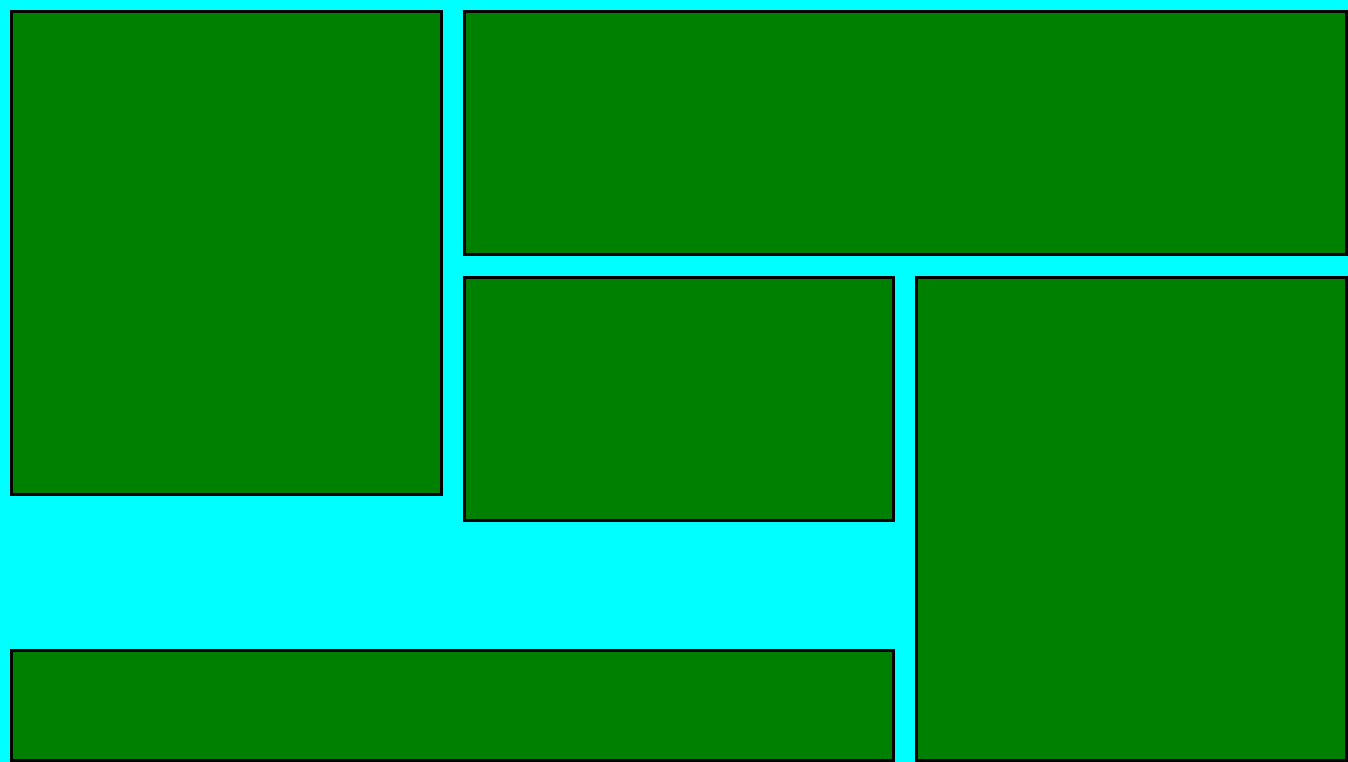
Repository: tianjiewang2022/tianjiewang2022.github.io
Page: index.html
The author's editor kept a copy of each file at every save. The page is drawn from the files as they stood at one save, then again after the next save.
The browser window is 1280 px wide. The page is 1348 px wide, then 1280 px, so the pictures cover 1348 px, including what lies to the right of the window. The pictures show the whole page.

Above is the page before, as saved 2023-10-03 19:26:30.

### index.html
<!DOCTYPE html>
<html lang="en">

    <head>
        <meta charset="UTF-8">
        <meta name="viewport" content="width=device-width, initial-scale=1.0">
        <title>Sally's Webpage</title>
        <style>
            body {
                margin: 0;
                padding: 0;
                display: grid;
                /* grid-template-rows: repeat(3, 1fr);
                grid-template-columns: repeat(3, 1fr); */
                height: 100vh;
                background-color: aqua;
            }

            header {
                background-color: green;
                color: rgb(0, 0, 0);
                grid-column: 2 / span 2;
                grid-row: 1 / span 1;
                display: flex;
                justify-content: center;
                align-items: center;
                font-size: 40px;
                z-index: 100;
                height: calc(100vh / 3);
                /* Set the height of the header */

                border: 3px solid black;
                margin: 10px;
            }

            .left_bar {
                background-color: green;
                grid-row: 1 / span 2;
                grid-column: 1 / span 1;
                height: calc(2 * (100vh / 3));
                /* Set the height of the left bar */
                width: calc(1 * (100vw / 3));
                /* Set the width of the left bar */
                /* Position the left bar at the left side */
                border: 3px solid black;
                margin: 10px;
            }

            .main_area {
                background-color: green;
                grid-row: 2 / span 1;
                grid-column: 2 / span 1;
                display: flex;
                grid-template-columns: 1fr;
                flex-wrap: wrap;
                justify-content: center;
                position: relative;
                height: calc(1 * (100vh / 3));
                width: calc(1 * (100vw / 3));
                align-items: center;
                border: 3px solid black;
                margin: 10px;
            }

            .right_bar {
                background-color: green;
                grid-row: 2 / span 2;
                grid-column: 3 / span 1;
                height: calc(2 * (100vh / 3));
                /* Set the height of the left bar */
                width: calc(1 * (100vw / 3));
                /* Set the width of the left bar */
                /* Position the left bar at the left side */
                border: 3px solid black;
                margin: 10px;
            }

            footer {
                background-color: green;
                grid-column: 1 / span 2;
                grid-row: 3 / span 1;
                /* Place the footer in the last row */
                display: flex;
                justify-content: center;
                align-items: center;
                z-index: 100;
                /* Set the height of the footer */
                border: 3px solid black;
                margin: 10px;
            }
        </style>
    </head>

    <body>
        <header></header>
        <!-- Your content goes here -->
        <span class="left_bar"></span>
        <span class="main_area"> <!-- Centered box -->
        </span>
        <span class="right_bar"></span>

        <footer></footer>
    </body>

</html>

After the next save:
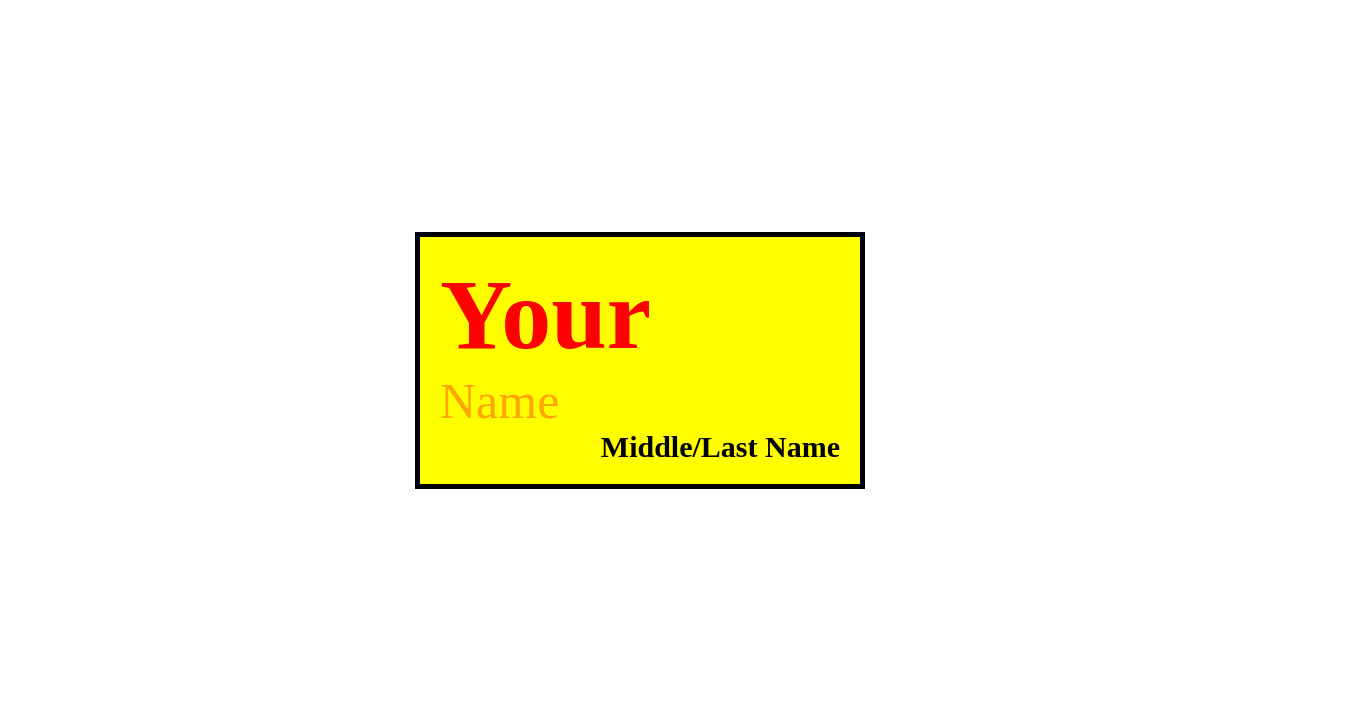
Saved 14 s later.
--- a/index.html
+++ b/index.html
@@ -4,102 +4,55 @@
     <head>
         <meta charset="UTF-8">
         <meta name="viewport" content="width=device-width, initial-scale=1.0">
-        <title>Sally's Webpage</title>
+        <title>Name Card</title>
         <style>
             body {
-                margin: 0;
-                padding: 0;
-                display: grid;
-                /* grid-template-rows: repeat(3, 1fr);
-                grid-template-columns: repeat(3, 1fr); */
-                height: 100vh;
-                background-color: aqua;
-            }
-
-            header {
-                background-color: green;
-                color: rgb(0, 0, 0);
-                grid-column: 2 / span 2;
-                grid-row: 1 / span 1;
                 display: flex;
                 justify-content: center;
                 align-items: center;
-                font-size: 40px;
-                z-index: 100;
-                height: calc(100vh / 3);
-                /* Set the height of the header */
-
-                border: 3px solid black;
-                margin: 10px;
+                height: 100vh;
+                margin: 0;
             }
 
-            .left_bar {
-                background-color: green;
-                grid-row: 1 / span 2;
-                grid-column: 1 / span 1;
-                height: calc(2 * (100vh / 3));
-                /* Set the height of the left bar */
-                width: calc(1 * (100vw / 3));
-                /* Set the width of the left bar */
-                /* Position the left bar at the left side */
-                border: 3px solid black;
-                margin: 10px;
+            .name-card {
+                width: 400px;
+                background-color: yellow;
+                border: 5px solid black;
+                text-align: left;
+                padding: 20px;
+                transition: border-width 0.3s ease;
+                cursor: pointer;
             }
 
-            .main_area {
-                background-color: green;
-                grid-row: 2 / span 1;
-                grid-column: 2 / span 1;
-                display: flex;
-                grid-template-columns: 1fr;
-                flex-wrap: wrap;
-                justify-content: center;
-                position: relative;
-                height: calc(1 * (100vh / 3));
-                width: calc(1 * (100vw / 3));
-                align-items: center;
-                border: 3px solid black;
-                margin: 10px;
+            .name-card:hover {
+                border-width: 10px;
             }
 
-            .right_bar {
-                background-color: green;
-                grid-row: 2 / span 2;
-                grid-column: 3 / span 1;
-                height: calc(2 * (100vh / 3));
-                /* Set the height of the left bar */
-                width: calc(1 * (100vw / 3));
-                /* Set the width of the left bar */
-                /* Position the left bar at the left side */
-                border: 3px solid black;
-                margin: 10px;
+            .first-name {
+                font-size: 100px;
+                font-weight: bold;
+                color: red;
             }
 
-            footer {
-                background-color: green;
-                grid-column: 1 / span 2;
-                grid-row: 3 / span 1;
-                /* Place the footer in the last row */
-                display: flex;
-                justify-content: center;
-                align-items: center;
-                z-index: 100;
-                /* Set the height of the footer */
-                border: 3px solid black;
-                margin: 10px;
+            .rest-of-first-name {
+                font-size: 50px;
+                color: orange;
+            }
+
+            .middle-last-name {
+                font-size: 30px;
+                font-weight: bold;
+                text-align: right;
             }
         </style>
     </head>
 
     <body>
-        <header></header>
-        <!-- Your content goes here -->
-        <span class="left_bar"></span>
-        <span class="main_area"> <!-- Centered box -->
-        </span>
-        <span class="right_bar"></span>
-
-        <footer></footer>
+        <div class="name-card">
+            <div class="first-name">Your</div>
+            <div class="rest-of-first-name">Name</div>
+            <div class="middle-last-name">Middle/Last Name</div>
+        </div>
     </body>
 
 </html>
